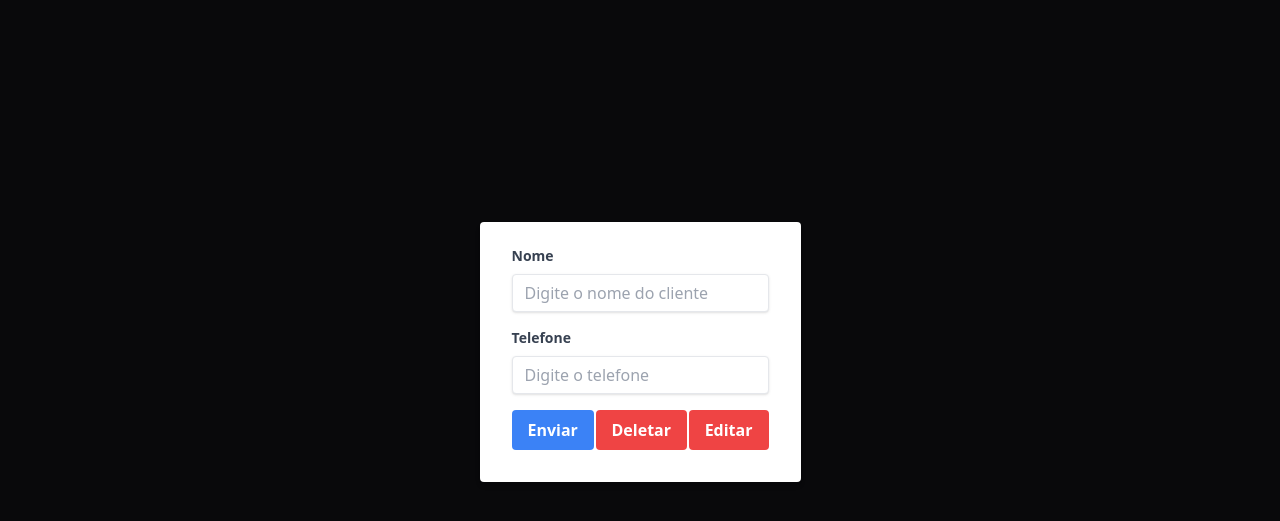
Repository: Gstxxx/sales-manager-laravel
Page: http://localhost/
An editor plug-in stored every save of this project. The page is shown before and after the next save, followed by the edit.
The browser window is 1280 px wide. The pictures show the whole page.
The page is served by the project's Laravel application, run on PHP 8.4 with Laravel 12. Style sheets and scripts are compiled from the project's sources, by tool versions that may differ from the author's.

Above is the page before, as saved 2024-06-09 03:15:39.

After the next save:
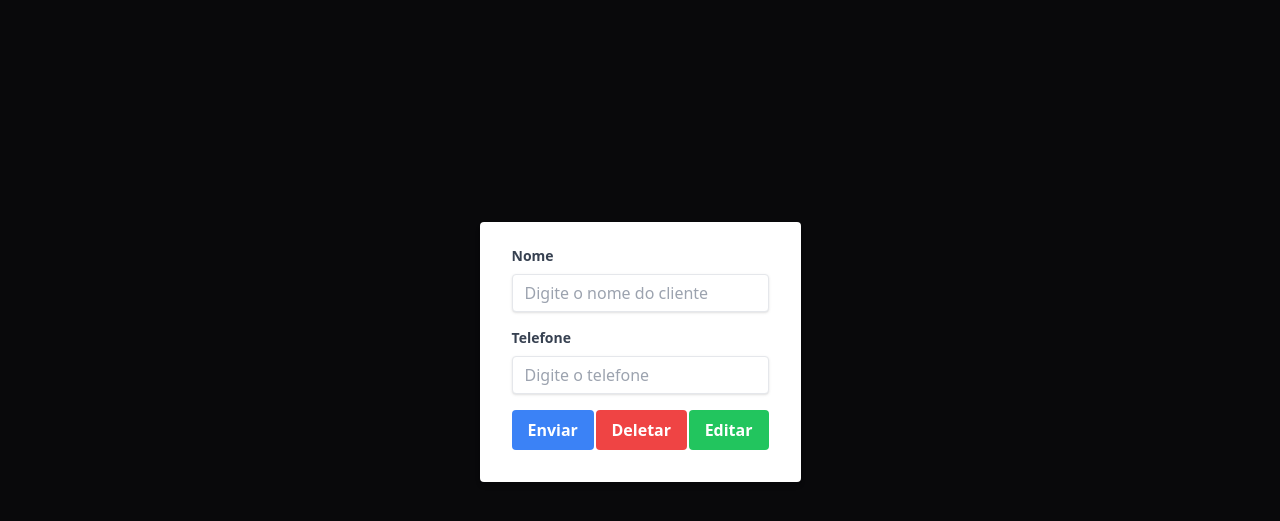
Saved 6 s later.
--- a/resources/views/home.blade.php
+++ b/resources/views/home.blade.php
@@ -43,7 +43,7 @@
                     Deletar
                 </button>
                 <button
-                    class="bg-red-500 hover:bg-red-700 text-white font-bold py-2 px-4 rounded focus:outline-none focus:shadow-outline"
+                    class="bg-green-500 hover:bg-red-700 text-white font-bold py-2 px-4 rounded focus:outline-none focus:shadow-outline"
                     type="submit" formaction="/editClient">
                     Editar
                 </button>
